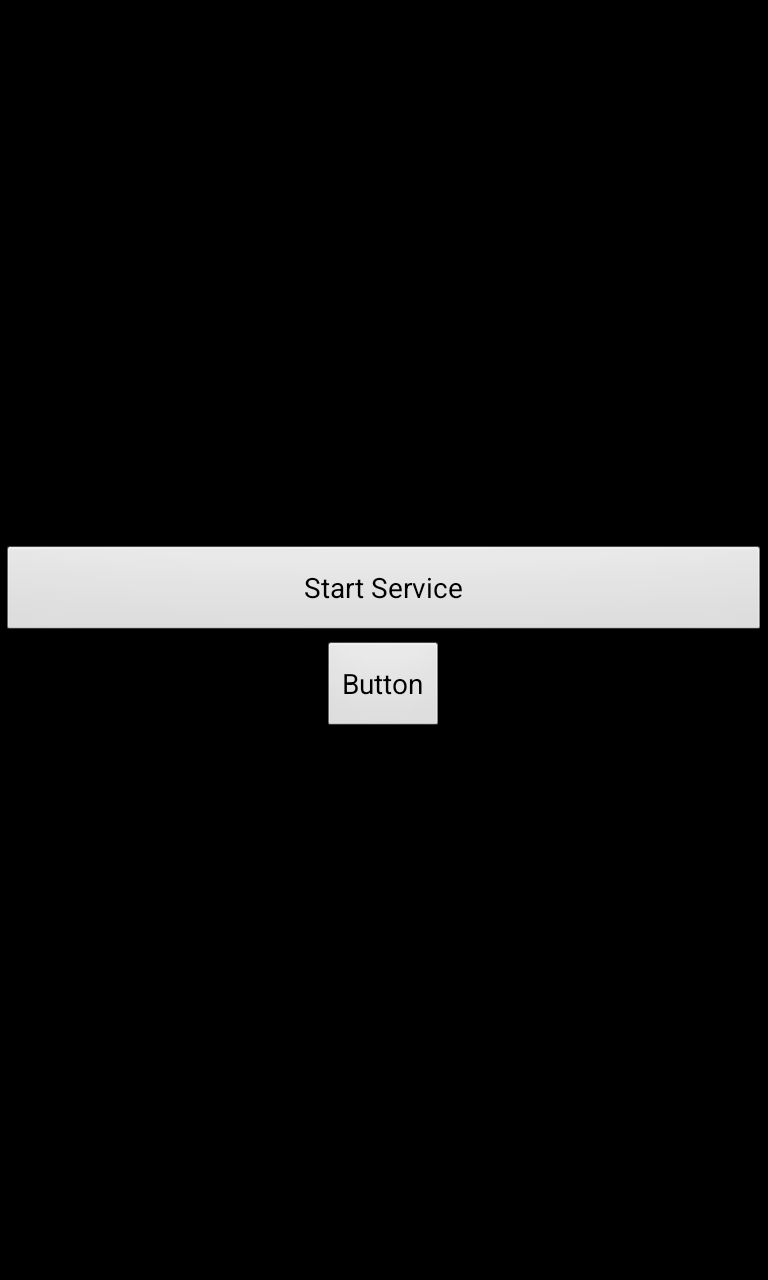
Repository: smartapps08/addteqtutorials
Layout: Basic Service Demo/res/layout/main.xml
The author's editor kept a copy of each file at every save. The layout is drawn from the files as they stood at one save, then again after the next save.
It is drawn on a 768 x 1280 px phone screen (xhdpi) without system bars, with theme android:Theme; the app's code is not run.

Above is the layout before, as saved 2012-06-12 18:04:57.

### Basic Service Demo/res/layout/main.xml
<?xml version="1.0" encoding="utf-8"?>
<LinearLayout xmlns:android="http://schemas.android.com/apk/res/android"
    android:layout_width="fill_parent"
    android:layout_height="fill_parent"
    android:orientation="vertical"
    android:gravity="center" >

    <Button
        android:id="@+id/button1"
        android:layout_width="fill_parent"
        android:layout_height="wrap_content"
        android:text="Start Service" />

    <Button
        android:id="@+id/button2"
        android:layout_width="wrap_content"
        android:layout_height="wrap_content"
        android:text="Button" />

</LinearLayout>

After the next save:
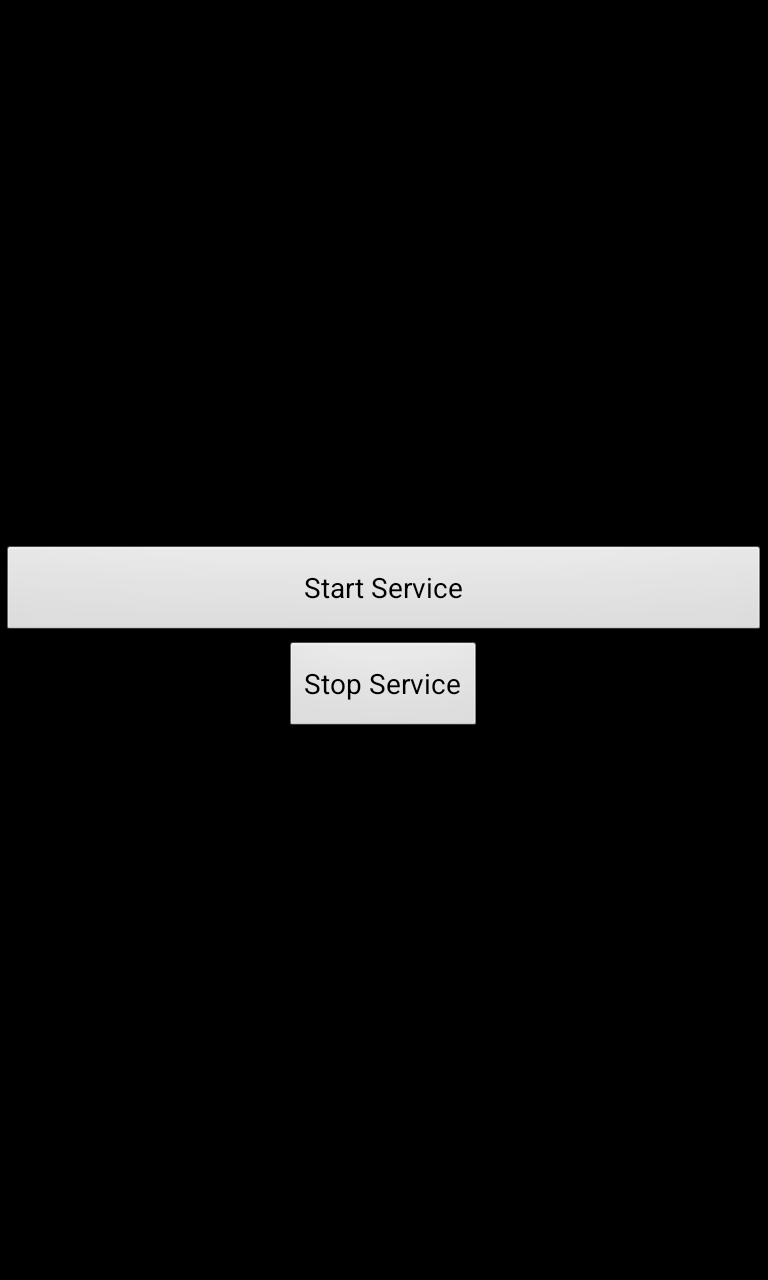
Saved 20 s later.
--- a/Basic Service Demo/res/layout/main.xml
+++ b/Basic Service Demo/res/layout/main.xml
@@ -6,15 +6,15 @@
     android:gravity="center" >
 
     <Button
-        android:id="@+id/button1"
+        android:id="@+id/btnStart"
         android:layout_width="fill_parent"
         android:layout_height="wrap_content"
         android:text="Start Service" />
 
     <Button
-        android:id="@+id/button2"
+        android:id="@+id/btnStop"
         android:layout_width="wrap_content"
         android:layout_height="wrap_content"
-        android:text="Button" />
+        android:text="Stop Service" />
 
 </LinearLayout>
